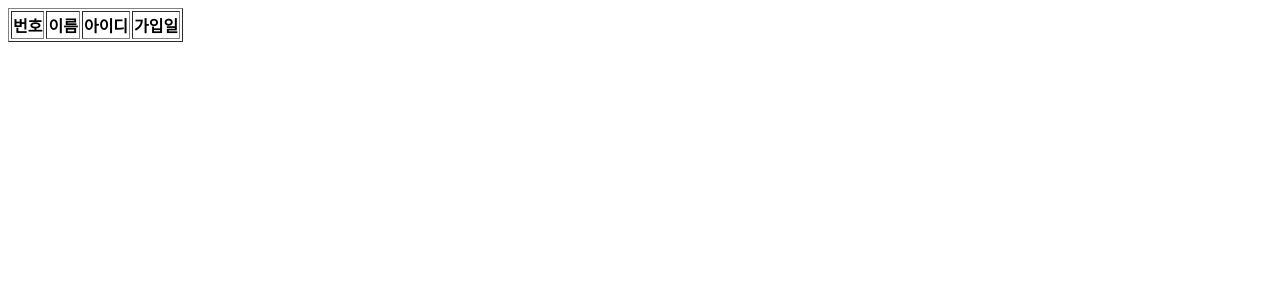
Repository: 621hjmit/workspace
Page: http://localhost/ooing/user/user-list.jsp
The author's editor kept a copy of each file at every save. The page is drawn from the files as they stood at one save, then again after the next save.
The browser window is 1280 px wide. The pictures show the whole page.
The page is served by Tomcat 9. The database holds what the project's SQL file puts in it.

Above is the page before, as saved 2024-08-27 07:40:31.

After the next save:
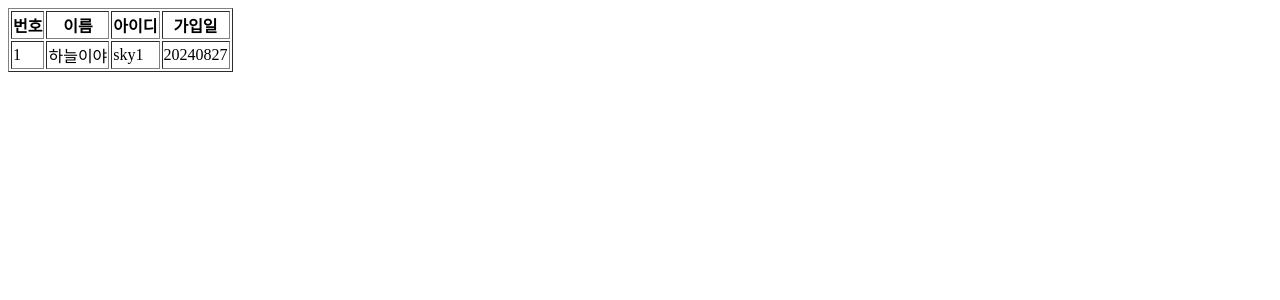
Saved 2 min 13 s later.
--- a/ooing/src/main/webapp/user/user-list.jsp
+++ b/ooing/src/main/webapp/user/user-list.jsp
@@ -16,16 +16,25 @@
 	   <th>가입일</th>
 	</tr>
 <%
-String id = "root",
-pwd = "r1r2r3",
-url = "jdbc:mariadb://localhost:3307/ezen",
-driverName = "org.mariadb.jdbc.Driver";
+String  id = "root",
+		pwd = "r1r2r3",
+		url = "jdbc:mariadb://localhost:3307/ezen",
+		driverName = "org.mariadb.jdbc.Driver";
+
 Class.forName(driverName);
 Connection con = DriverManager.getConnection(url, id, pwd);
 String sql = "SELECT * FROM USER_INFO";
 Statement stmt = con.createStatement();
-ResultSet rd = stmt.executeQuery(sql);
+ResultSet rs = stmt.executeQuery(sql);
+while(rs.next()){
+	out.println("<tr>");
+	out.println("<td>"+rs.getString("UI_NUM"));
+	out.println("<td>"+rs.getString("UI_NAME"));
+	out.println("<td>"+rs.getString("UI_ID"));
+	out.println("<td>"+rs.getString("CREDAT"));
+	out.println("</tr>");
 
+}
 %>
 </table>
 </body>
